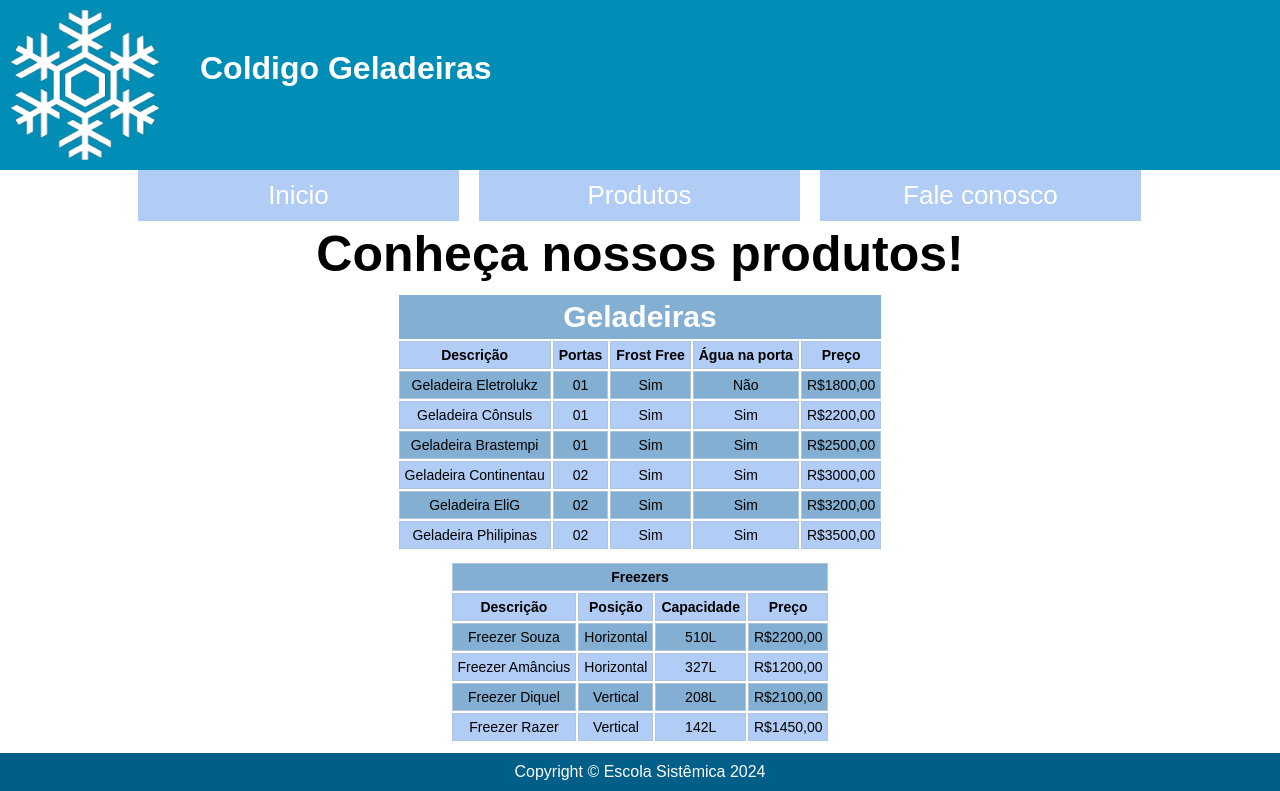
Repository: AndreiLGomes/faculdade
Page: http://localhost/ProjetoTrilhaWeb/pages/site/produtos.html
The author's editor kept a copy of each file at every save. The page is drawn from the files as they stood at one save, then again after the next save.
The browser window is 1280 px wide. The pictures show the whole page.
The page is served by Tomcat 9.

Above is the page before, as saved 2024-04-10 23:13:02.

### 2 ano/WorkspaceTrilhaWeb/ProjetoTrilhaWeb/src/main/webapp/pages/site/produtos.html
<!DOCTYPE html>
<html lang="pt-br">
<head>
<meta charset="UTF-8">
<meta name="description" content="Site da Coldigo Geladeiras">
<meta name="keywords" content="Geladeiras, Frost-free, refrigeração">
<meta name="author" content="Escola Sistêmica">
<meta name="viewport" content="width=device-width, initial-scale=1.0">
<link rel="stylesheet" type="text/css" href="../../css/site.css">
<title>Coldigo Geladeiras</title>

</head>
<body>
	<header>
		<img alt="logo da Coldigo Geladeiras" src="../../img/logo.png">
		<h1>Coldigo Geladeiras</h1>
	</header>
	<nav>
		<a href="../../index.html"><div class="opcao">Inicio</div> </a> <a
			href="produtos.html">
			<div class="opcao">Produtos</div>
		</a> <a href="faleconosco.html">
			<div class="opcao">Fale conosco</div>
		</a>
	</nav>
	<section>
		<h2>Conheça nossos produtos!</h2>
		<table class="tabelaProdutos" >
			<thead>
				<tr>
					<th colspan="5" class="tituloTabela">Geladeiras</th>
				</tr>
				<tr>
					<th>Descrição</th>
					<th>Portas</th>
					<th>Frost Free</th>
					<th>Água na porta</th>
					<th>Preço</th>
				</tr>
			</thead>
			<tbody>
				<tr>
					<td>Geladeira Eletrolukz</td>
					<td>01</td>
					<td>Sim</td>
					<td>Não</td>
					<td>R$1800,00</td>
				<tr>
					<td>Geladeira Cônsuls</td>
					<td>01</td>
					<td>Sim</td>
					<td>Sim</td>
					<td>R$2200,00</td>
				</tr>
				<tr>
					<td>Geladeira Brastempi</td>
					<td>01</td>
					<td>Sim</td>
					<td>Sim</td>
					<td>R$2500,00</td>
				</tr>
				<tr>
					<td>Geladeira Continentau</td>
					<td>02</td>
					<td>Sim</td>
					<td>Sim</td>
					<td>R$3000,00</td>
				</tr>
				<tr>
					<td>Geladeira EliG</td>
					<td>02</td>
					<td>Sim</td>
					<td>Sim</td>
					<td>R$3200,00</td>
				</tr>
				<tr>
					<td>Geladeira Philipinas</td>
					<td>02</td>
					<td>Sim</td>
					<td>Sim</td>
					<td>R$3500,00</td>
				</tr>
			</tbody>
		</table>
		<table class="tabelaGeladeira">
			<thead>
				<tr>
					<th colspan="4">Freezers</th>
				</tr>
				<tr>
					<th>Descrição</th>
					<th>Posição</th>
					<th>Capacidade</th>
					<th>Preço</th>
				</tr>
			</thead>
			<tbody>
				<tr>
					<td>Freezer Souza</td>
					<td>Horizontal</td>
					<td>510L</td>
					<td>R$2200,00</td>
				</tr>
				<tr>
					<td>Freezer Amâncius</td>
					<td>Horizontal</td>
					<td>327L</td>
					<td>R$1200,00</td>
				</tr>
				<tr>
					<td>Freezer Diquel</td>
					<td>Vertical</td>
					<td>208L</td>
					<td>R$2100,00</td>
				</tr>

				<tr>
					<td>Freezer Razer</td>
					<td>Vertical</td>
					<td>142L</td>
					<td>R$1450,00</td>
				</tr>
			<tbody>
		</table>


	</section>
	<footer>Copyright &copy; Escola Sistêmica 2024 </footer>


</body>
</html>

### 2 ano/WorkspaceTrilhaWeb/ProjetoTrilhaWeb/src/main/webapp/css/site.css
@charset "UTF-8";

body {
	margin: 0 auto;
	font-family: "Century Gothic", sans-serif;
}

/* cabeçalho */
header {
	height: 170px;
	background-color: #008eb6;
}

header img {
	float: left;
	height: 150px;
	width: 150px;
	margin: 10px;
}

header h1 {
	float: left;
	margin: 50px 0 0 30px;
	color: #ffffff;
}
/*Menu*/
nav {
	clear: both;
	width: 80%;
	margin: 0px auto;
	height: 55px;
}

nav a {
	color: white;
	text-decoration: none;
	text-align: center;
}

nav .opcao {
	float: left;
	width: 31.3%;
	background-color: #b1ccf5;
	padding: 10px 0;
	margin: 0 1%;
	font-size: 26px;
}

nav .opcao:hover {
	background-color: #83afd3;
}

/* Área geral para conteúdos específicos de cada página */
section {
	clear: both;
	min-height: 360px;
	width: 100%;
	margin-top: 0px;
}
/*rodapé */
footer {
	background-color: #005f89;
	color: #fff;
	text-align: center;
	padding: 10px;
	margin-top: 7px;
}

/* Configuracão da página inicial */
section #top {
	width: 900px;
	margin: 0px auto;
	height: 250px;

}


.geladeira{
	height: 250px;
	width: 125px;
}

.direita{
	float: right;
}
.esquerda{
	float: left;
}

section #titulos{
	float: left;
	height: 250px;
	width: 650px;
	margin: 0px auto;
}

h2{
	text-align: center;
	margin-top: 0px;
	margin-bottom: 10px;
	font-size: 50px;
}

h3{
	text-align: center;
	margin-top: 50px;
	font-size: 20px;
}

p{
	clear: both;
	text-align: center;
	margin: 10px 80px;
}
/* Configuração da página de Produtos */

.tabelaProdutos{
	margin: 10px auto;
	text-align: center;
}

.tituloTabela{
	text-align: center;
	font-size: 30px;
	font-weight: bold;
	color: #fff;
	padding: 5px;
	border: transparent;
}

tr, td, th{
	border: 1px solid #B0C4DE;
	padding: 5px;
}
tr, td{
	font-size: 14px;
}

tr:nth-child(even){
	background-color: #B1CCF5;
}
tr:nth-child(odd){
	background-color: #83afd3;
}
.tabelaGeladeira{
	margin: 10px auto; /* botou no centro */
	text-align: center;
}

After the next save:
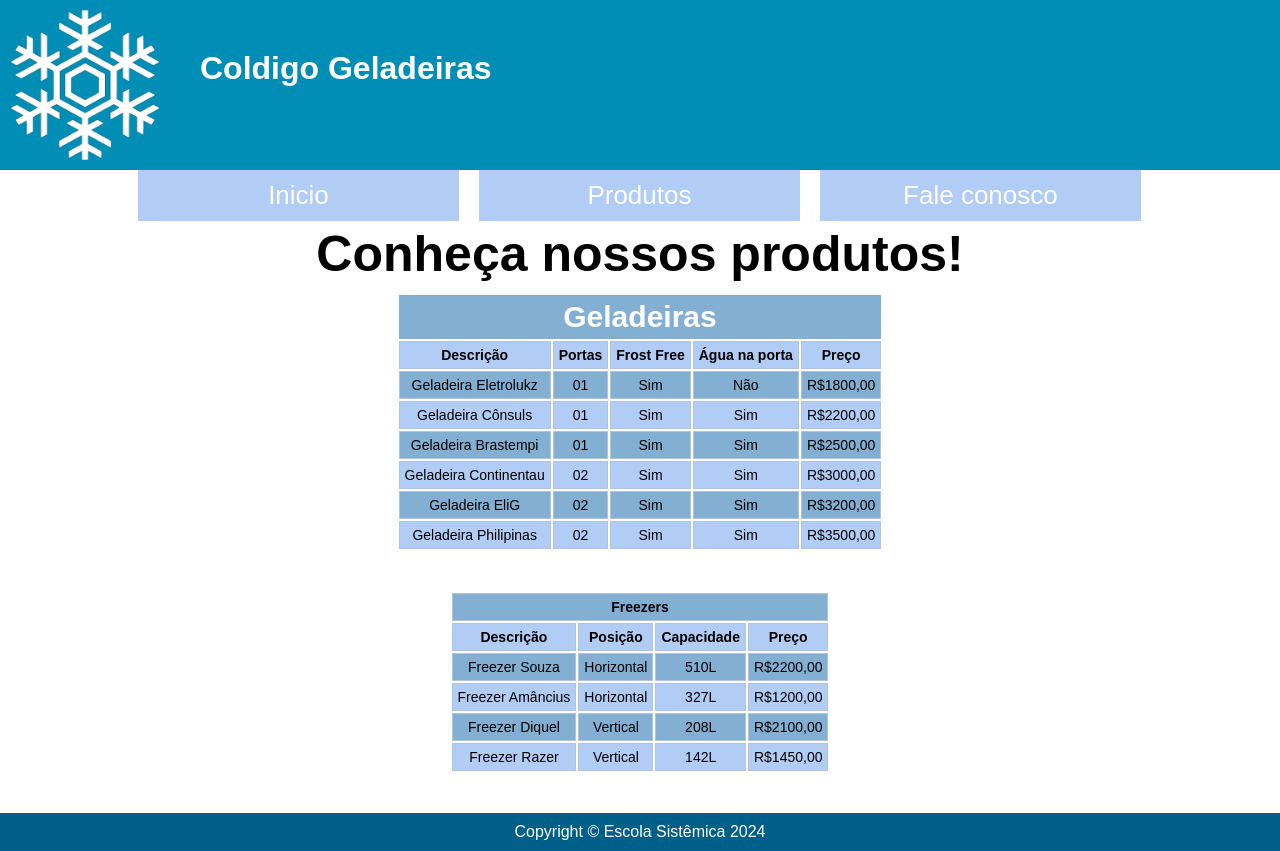
Saved 95 s later.
--- a/2 ano/WorkspaceTrilhaWeb/ProjetoTrilhaWeb/src/main/webapp/css/site.css
+++ b/2 ano/WorkspaceTrilhaWeb/ProjetoTrilhaWeb/src/main/webapp/css/site.css
@@ -145,4 +145,5 @@
 .tabelaGeladeira{
 	margin: 10px auto; /* botou no centro */
 	text-align: center;
+	padding: 30px;
 }

After the save that followed:
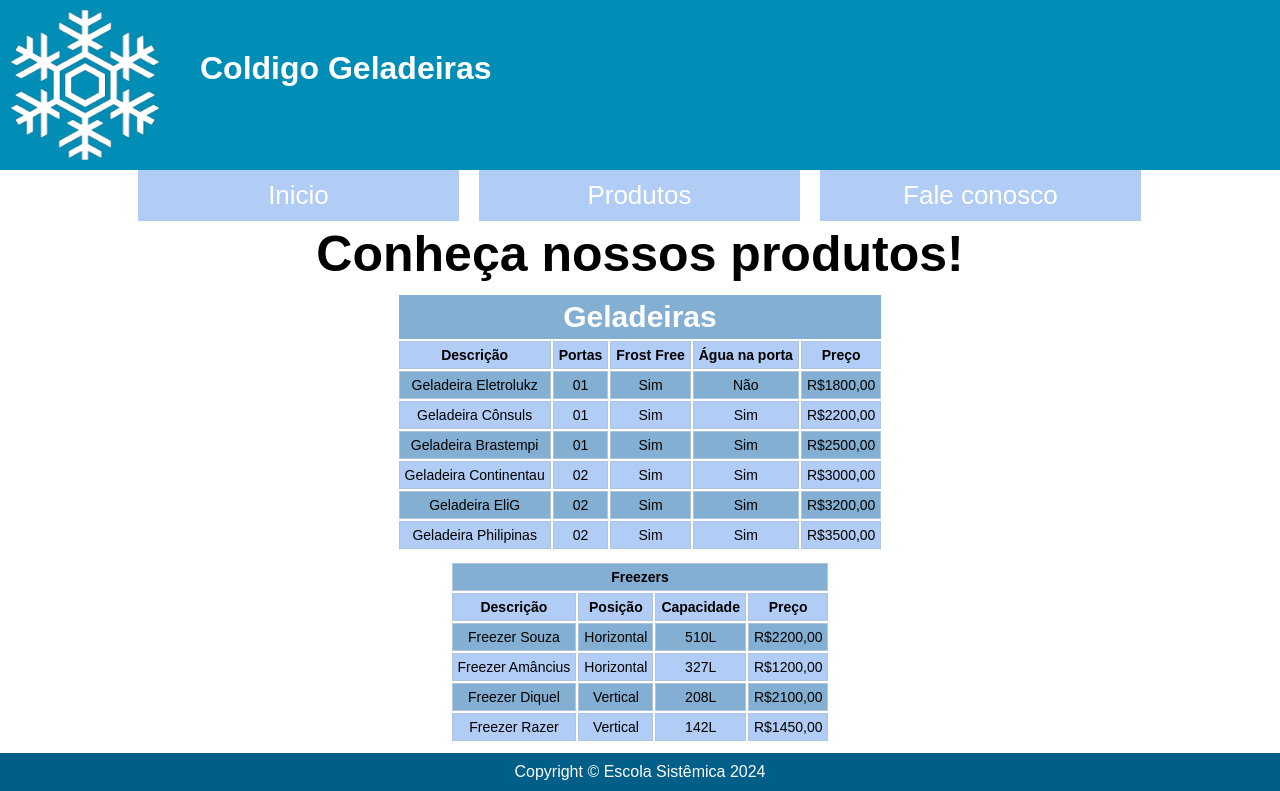
Saved 18 s later.
--- a/2 ano/WorkspaceTrilhaWeb/ProjetoTrilhaWeb/src/main/webapp/css/site.css
+++ b/2 ano/WorkspaceTrilhaWeb/ProjetoTrilhaWeb/src/main/webapp/css/site.css
@@ -145,5 +145,5 @@
 .tabelaGeladeira{
 	margin: 10px auto; /* botou no centro */
 	text-align: center;
-	padding: 30px;
+
 }
